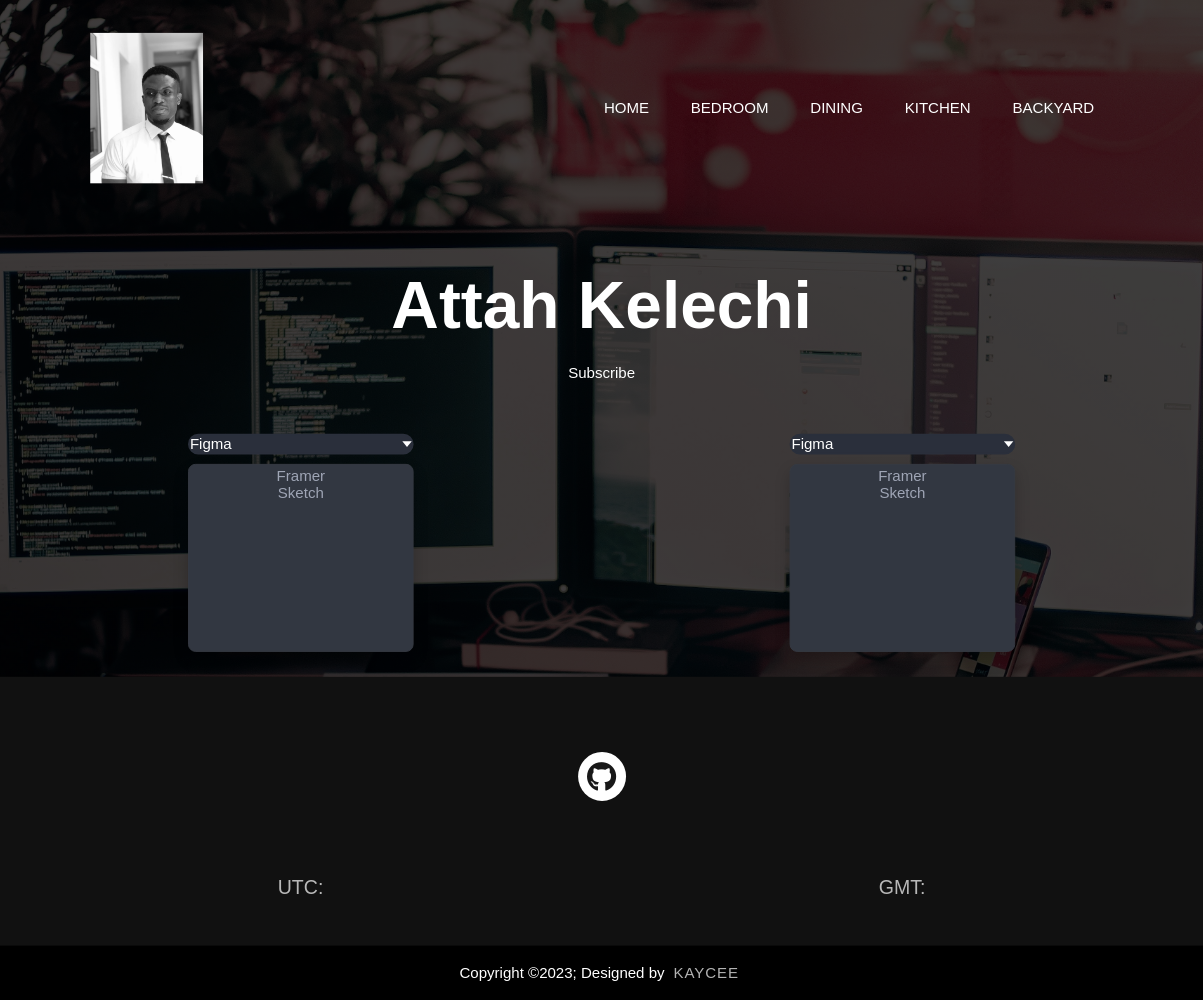
Repository: Kaycee-attah/HNG-Internship_2023
Page: index.html
The author's editor kept a copy of each file at every save. The page is drawn from the files as they stood at one save, then again after the next save.
The browser window is 1280 px wide. The pictures show the whole page, at 94% of full size.

Above is the page before, as saved 2023-09-07 09:54:32.

### index.html
<!DOCTYPE html>
<html lang="en">
<head>
    <meta charset="UTF-8">
    <meta name="viewport" content="width=device-width, initial-scale=1.0">
    <title>How to make a website - Easy tutorial</title>
    <link rel="stylesheet" href="style.css">
    <link rel="stylesheet" href="https://cdnjs.cloudflare.com/ajax/libs/font-awesome/6.4.2/css/all.min.css" integrity="sha512-z3gLpd7yknf1YoNbCzqRKc4qyor8gaKU1qmn+CShxbuBusANI9QpRohGBreCFkKxLhei6S9CQXFEbbKuqLg0DA==" crossorigin="anonymous" referrerpolicy="no-referrer" />
</head>
<body>
    <div class="banner">
        <div class="navbar">
            <img class="logo" src="slack_DP.JPG" alt="Kaycee" data-testid="slackDisplayImage">
            <ul>
                <li><a href="#">Home</a></li>
                <li><a href="#">Bedroom</a></li>
                <li><a href="#">Dining</a></li>
                <li><a href="#">Kitchen</a></li>
                <li><a href="#">Backyard</a></li>
            </ul>
        </div>
    </div>
    <div class="content">
        <h1 data-testid="slackUserName">Attah Kelechi</h1>
        <p>Subscribe</p>
        <div class="track_info">
            <div class="dropdown">
                <div class="select">
                    <span class="selected">Figma</span>
                    <div class="caret"></div>
                </div>
                <ul class="menu">
                    <li>Framer </li>
                    <li>Sketch </li>
                </ul>

                <!-- <button type="button"><span class="btn"></span> MORE</button>
                <button type="button"><span class="btn"></span>SUBSCRIBE</button> -->
            </div>
            <div class="dropdown">
                <div class="select">
                    <span class="selected">Figma</span>
                    <div class="caret"></div>
                </div>
                <ul class="menu">
                    <li>Framer </li>
                    <li>Sketch </li>
                </ul>

                <!-- <button type="button"><span class="btn"></span> MORE</button>
                <button type="button"><span class="btn"></span>SUBSCRIBE</button> -->
            </div>
        </div>


    </div>
    <footer>
        <div class="footer_Container">
            <div class="social-icon">
                <a href=""><i class="fa-brands fa-github"></i></a>
            </div>

        </div>
        <div class="footer_Info">
            <ul>
                <li>UTC: </li>
                <li>GMT: </li>
            </ul>
        </div>
        <div class="footer_Bottom">
            <p>Copyright &copy;2023; Designed by <span class="designer">Kaycee</span></p>
        </div>
    </footer>

    <script src="script.js"></script>
</body>

</html>

### style.css
*{
    margin: 0;
    padding: 0;
    font-family: sans-serif;

}
body{
    background-image: linear-gradient(rgba(0,0,0,0.75), rgba(0,0,0,0.75)), url(IMG_6759.JPG);
    background-size: cover;
    background-position: center;
}

.banner{
    width: 100%;
    height: 100vh;


}
.navbar{
    width: 85%;
    margin: auto;
    padding: 35px 0;
    display: flex;
    align-items: center;
    justify-content: space-between;
}
.logo{
    width: 120px;
    cursor: pointer;
}
.navbar ul li{
    list-style: none;
    display: inline-block;
    margin: 0 20px;
    position: relative;
}
.navbar ul li a{
    text-decoration: none;
    color: #fff;
    text-transform: uppercase;
}
.navbar ul li::after{
    content: "";
    height: 3px;
    width: 0;
    background: #009688;
    position: absolute;
    left: 0;
    bottom: -10px;
    transition: 0.5s;
}
.navbar ul li:hover::after{
    width: 100%;
}
.content{
    width: 100%;
    position: absolute;
    top: 50%;
    transform: translateY(-50%);
    text-align: center;
    color: #fff;
}
.content h1{
    font-size: 70px;
    margin-top: 80px;
}
.content p{
    margin: 20px auto;
    font-weight: 100;
    line-height: 25px;
}
.track_info {
    display: flex;
    justify-content: space-around;
    align-items: center;
}
.dropdown{
    min-width: 15em;
    position: relative;
    margin: 2em;
    /* display: flex;
    justify-content: space-between;
    align-items: center; */

}
.dropdown *{
    box-sizing: border-box;
}

.select{
    background: #2a2f3b;
    color: #fff;
    display: flex;
    justify-content: space-between;
    align-items: center;
    border: 2px #2a2f3b solid;
    border-radius: 1em;
    cursor: pointer;
    transition: background 0.3s;
}
.select-clicked{
    border: 2px #26489a solid;
    box-shadow: 0 0 0.8em #26489a;
}

.select:hover{
    background: #323741;
}

.caret{
    width: 0;
    height: 0;
    border-left: 5px solid transparent;
    border-right: 5px solid transparent;
    border-top: 6px solid #fff;
    transition: 0.3s;
}

.caret-rotate{
    transform: rotate(180deg);
}

.menu{
    list-style: none;
    padding: 0.2em 0.5em;
    background: #323741;
    border: 1px #363a43 solid;
    box-shadow: 0 0.5em 1em rgba(0, 0, 0, 0.2);
    border-radius: 0.5em;
    color: #9fa5b5;
    position: absolute;
    width: 100%;
    margin-top: 10px;
    min-height: 200px;
}


button{
    width: 200px;
    padding: 15px 0;
    text-align: center;
    margin: 20px 10px;
    border-radius: 25px;
    font-weight: bold;
    border: 2px solid #009688;
    background: transparent;
    color: #fff;
    cursor: pointer;
    position: relative;
    overflow: hidden;
}
.btn{
    background: #009688;
    height: 100%;
    width: 0;
    border-radius: 25px;
    position: absolute;
    left: 0;
    bottom: 0;
    z-index: -1;
    transition: 0.5s;
}
button:hover span{
    width: 100%;
}
footer{
    background-color: #111;
    width: 100%;
}
.footer_Container{
    /* width: 100%; */
    padding: 70px 30px 20px;
}
.social-icon{
    display: flex;
    justify-content: center;
}
.social-icon a{
    text-decoration: none;
    padding: 10px;
    background-color: white;
    margin: 10px;
    border-radius: 50%;
}
.social-icon a i{
    font-size: 2em;
    color: black;
    opacity: 0.9;
}


.social-icon a:hover{
    background-color: #111;
    transition: 0.5s;
}
.social-icon a:hover i{
    background-color: white;
    transition: 0.5s;
}
.footer_Info{
    margin: 30px 0;
}
.footer_Info ul{
    display: flex;
    justify-content: space-around;
}
.footer_Info ul li{
    color: white;
    margin: 20px;
    text-decoration: none;
    list-style: none;
    font-size: 1.3em;
    opacity: 0.7;
    transition: 0.5s;
}

.footer_Bottom {
    background-color: #000;
    padding: 20px;
    text-align: center;
}
.footer_Bottom p{
    color: white;

}
.designer{
    opacity: 0.7;
    text-transform: uppercase;
    letter-spacing: 1px;
    font-weight: 400;
    margin: 0px 5px;
    /* position: fixed; */
}

@media (max-width: 700px){
    .footer_Info ul{
        flex-direction: column;
    }
    .footer_Info ul li{
        width: 100%;
        text-align: center;
        margin: 10px 0;
    }
}

### script.js
const now = new Date();
const day = now.getDay();
const hours = now.getHours();
const minutes = now.getMinutes();
const UTCtimeStamp = now.getTime();
const GMTdate_and_time = now.toUTCString();
const daysOfWeek = [
    "Sunday",
    "Monday",
    "Tuesday",
    "Wednesday",
    "Thursday",
    "Friday",
    "Saturday"
]
const today = daysOfWeek[day];
const UTC = now.getUTCMilliseconds();
console.log("Current day of the week:", today)
console.log("UTC:", UTC)

console.log("UTCtimeStamp:", UTCtimeStamp)
console.log("GMTdate_and_time:", GMTdate_and_time)

After the next save:
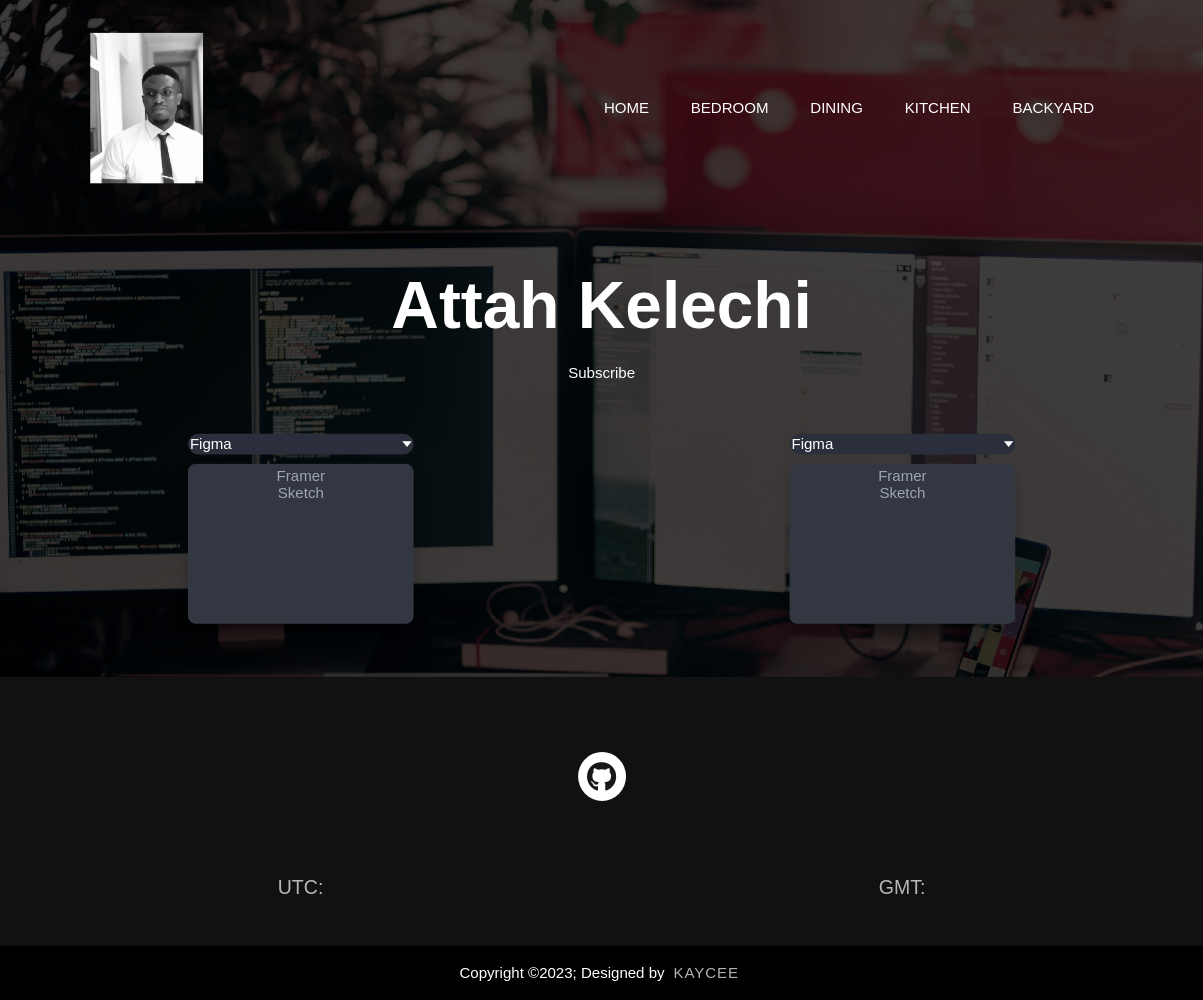
Saved 18 s later.
--- a/style.css
+++ b/style.css
@@ -131,7 +131,7 @@ body{
     position: absolute;
     width: 100%;
     margin-top: 10px;
-    min-height: 200px;
+    min-height: 170px;
 }
 
 
